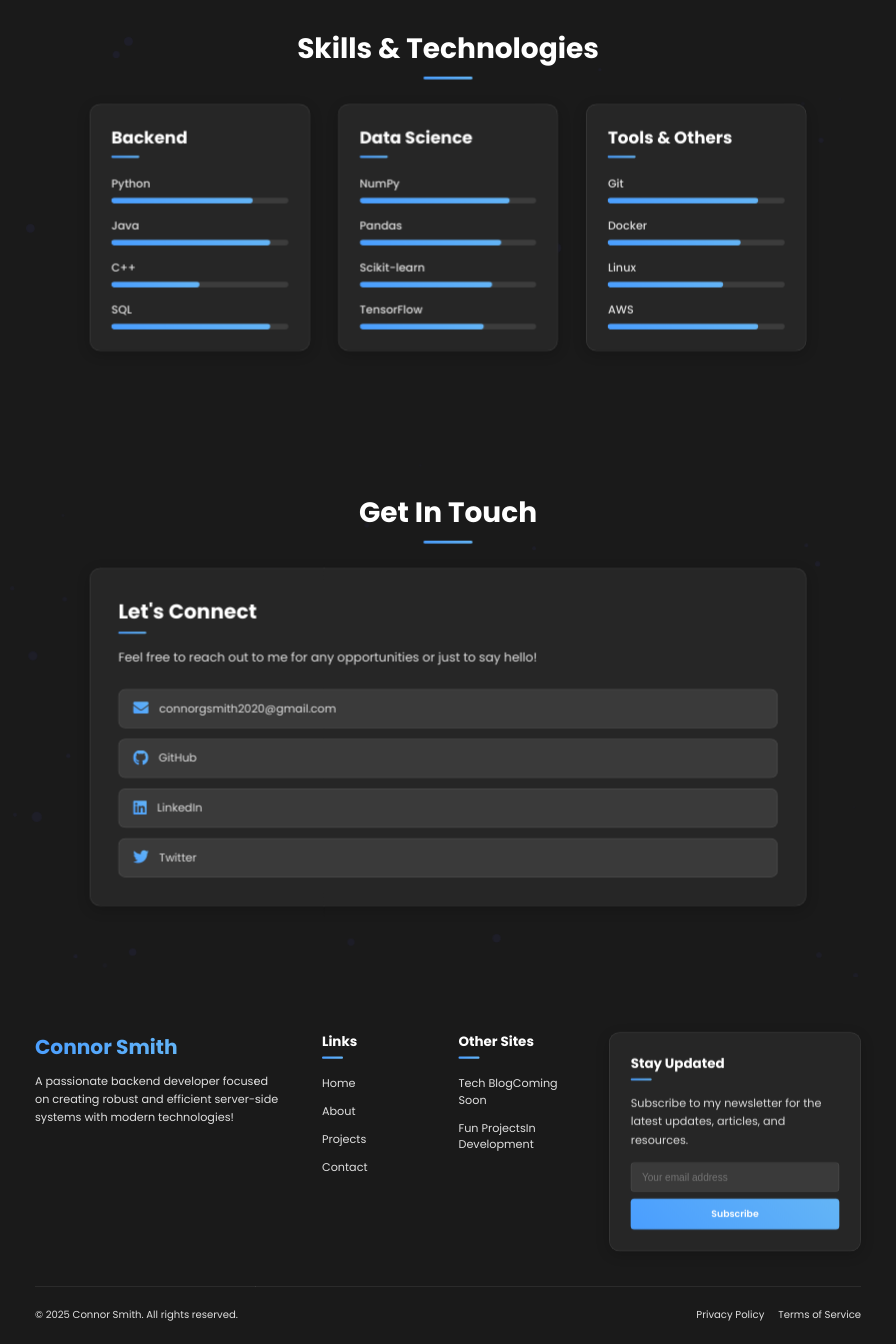
Repository: connorGS9/portfolio-website
Page: /
An editor plug-in stored every save of this project. The page is shown before and after the next save, followed by the edit.
The browser window is 1280 px wide. The pictures show the part of the page from y = 1819 to 3739 px (the page is 3739 px tall), at 70% of full size.
The project was rebuilt for these pictures with package versions that can differ from the ones it lists, and the page was loaded fresh each time.

Above is the page before, as saved 2025-06-04 23:15:51.

After the next save:
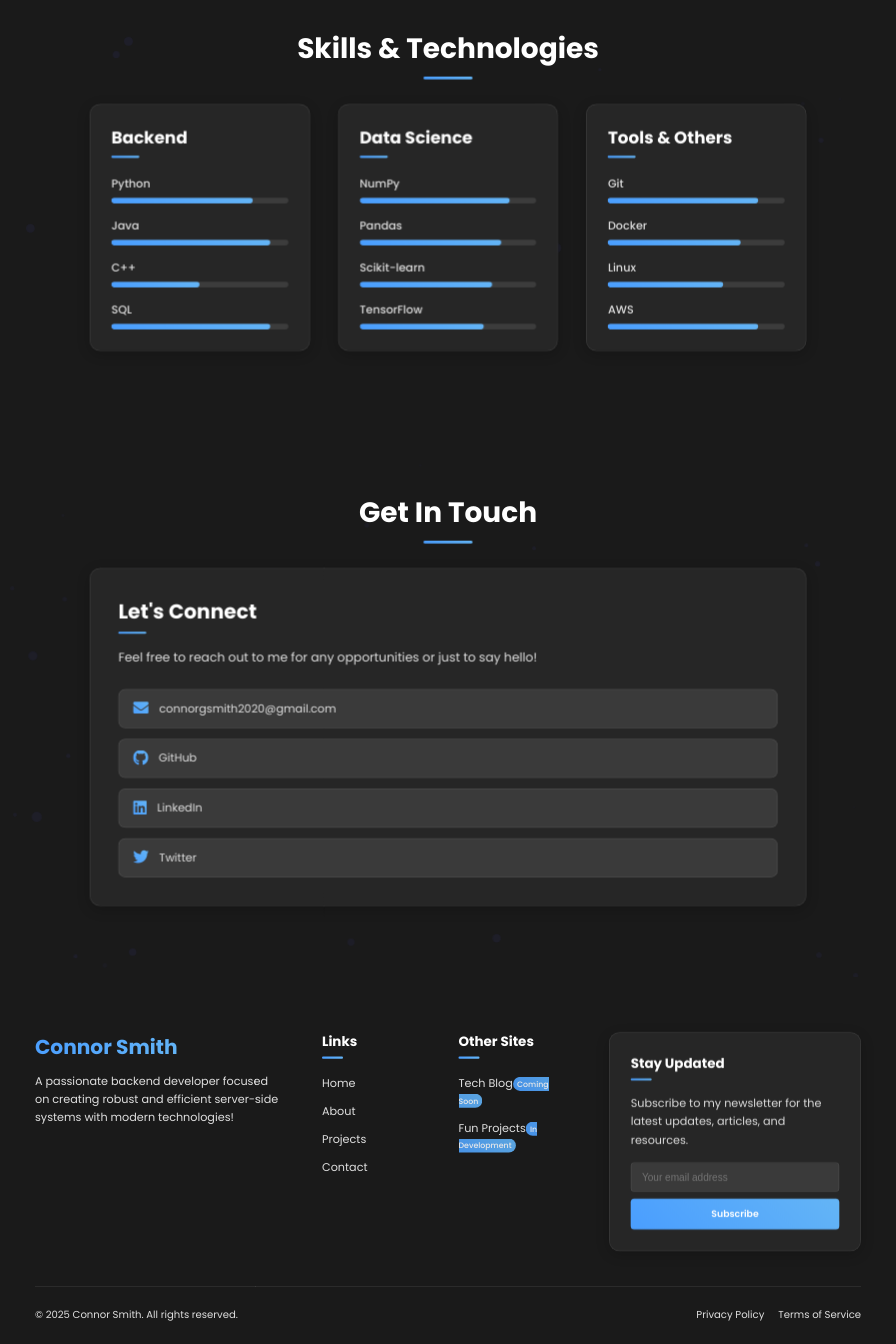
Saved 6 s later.
--- a/src/styles/Footer.css
+++ b/src/styles/Footer.css
@@ -266,3 +266,31 @@
       padding: 60px 0 20px;
     }
   }
+
+.construction-link {
+  display: flex;
+  align-items: center;
+  justify-content: space-between;
+  width: 100%;
+  padding: 3px 0;
+}
+
+.construction-badge {
+  font-size: 0.7rem;
+  padding: 2px 6px;
+  border-radius: 10px;
+  background: linear-gradient(45deg, var(--primary-color), var(--secondary-color));
+  color: #ffffff;
+  font-weight: 500;
+  opacity: 0.9;
+  transition: all 0.3s ease;
+}
+
+.construction-link:hover .construction-badge {
+  opacity: 1;
+  transform: scale(1.05);
+}
+
+.construction-link:hover {
+  color: var(--primary-color);
+}
